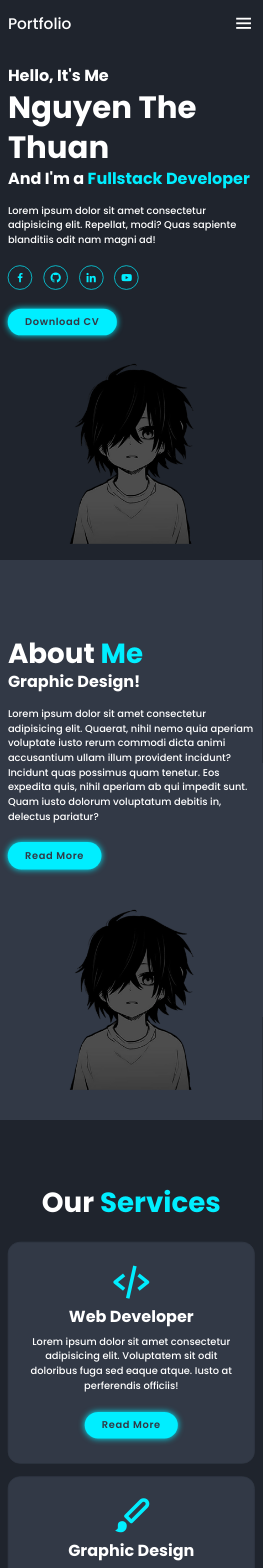
Repository: nguyenthethuan2004/portfolio
Page: index.html
These files come from the project's save history. The page is drawn as it stood at one moment and after a run of saves; the edit follows.
The browser window is 375 px wide. The pictures show the part of the page from y = 0 to 2240 px (the page is 5331 px tall before and 5092 px after), at 70% of full size.

Above is the page before, as saved 2023-10-03 19:27:46.
Console error: ReferenceError: navbar is not defined

After the next 4 saves:
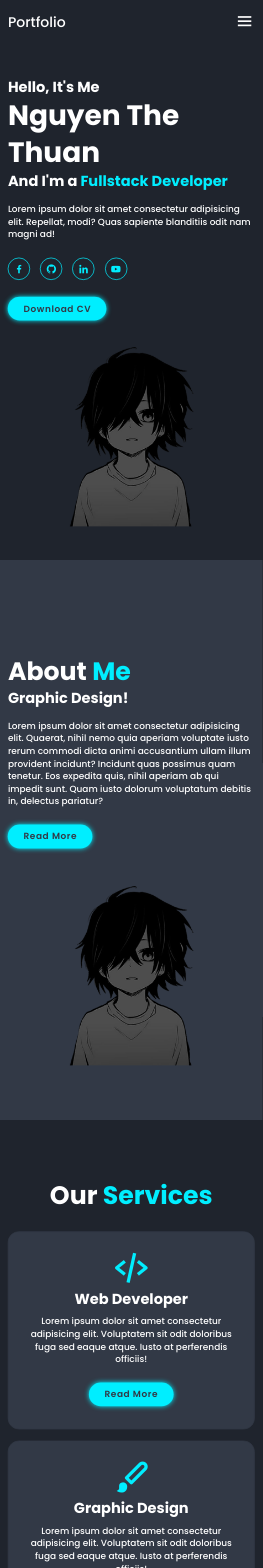
The 4 saves are shown as one change because they came seconds apart.
The last was saved 20 s later.
--- a/css/style.css
+++ b/css/style.css
@@ -478,5 +478,7 @@ span {
 }
 
 @media (max-width:450px) {
-
-}
+    html {
+        font-size: 50%;
+    }
+}
